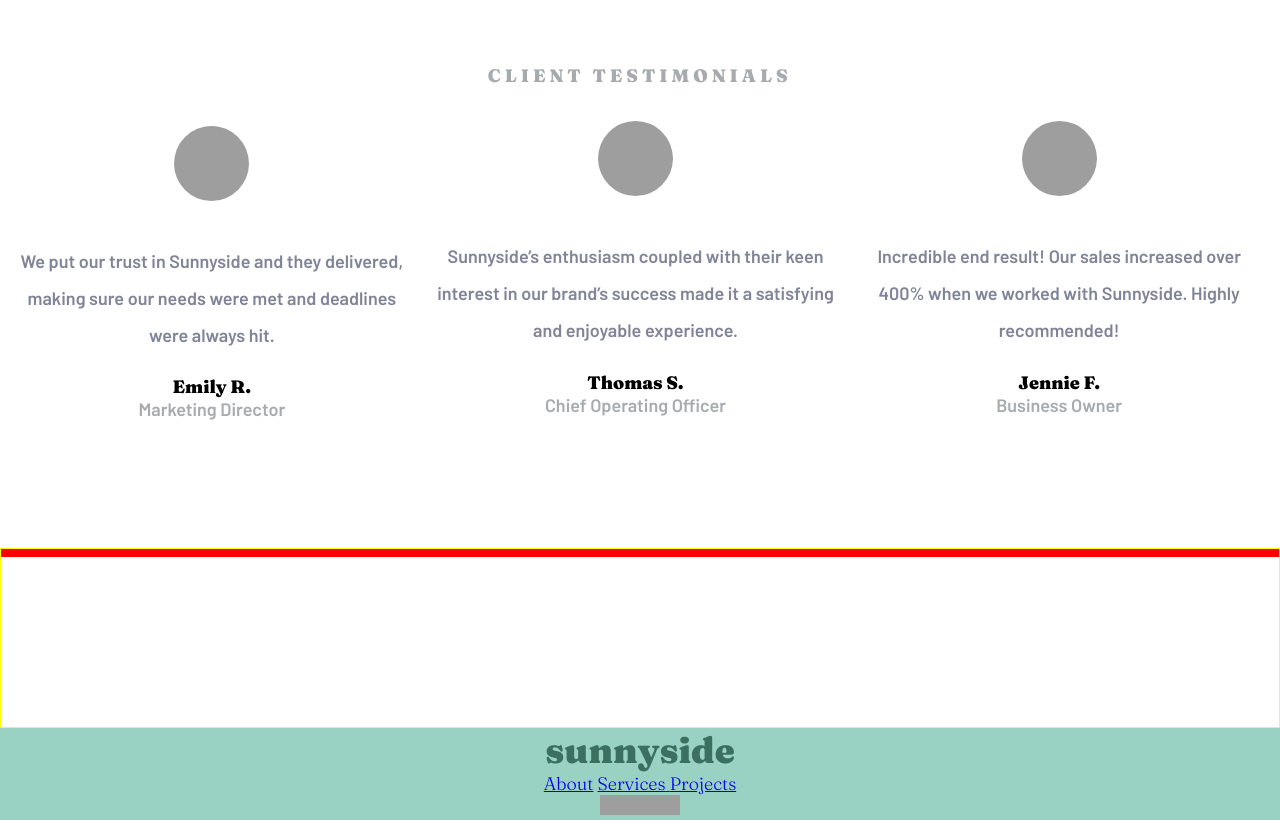
Repository: Roshanell/Sunny-Side-Agency
Page: index.html
These files come from the project's save history. The page is drawn as it stood at one moment and after a run of saves; the edit follows.
The browser window is 1280 px wide. The pictures show the part of the page from y = 2160 to 2980 px (the page is 2980 px tall).
Pictures or frames that could not be fetched are drawn as grey boxes. Some web libraries are served in a nearby version.

Above is the page before, as saved 2022-07-07 17:03:40.

### index.html
<!doctype html>
<html lang="en">

  <head>
    <meta charset="utf-8">
    <meta name="viewport" content="width=device-width, initial-scale=1">
    <title>Sunny Side Agency</title>
    <link href="https://fonts.googleapis.com/icon?family=Material+Icons" rel="stylesheet">
    <link rel="stylesheet" href="css/style.css">
    <link
      href="https://fonts.googleapis.com/css2?family=Barlow:wght@600&family=Fraunces:opsz,wght@9..144,300;9..144,700;9..144,900&display=swap"
      rel="stylesheet">
    <!-- <link rel="stylesheet" href="/css/normalize.css"> -->
    <script src="https://kit.fontawesome.com/48e7997292.js" crossorigin="anonymous"></script>
  </head>

  <body>
    <div class="container">
      <div class="homePage">
        <ul class="menu">
          <li><a class="menuItem" href="#">Home</a></li>
          <li><a class="menuItem" href="#">Profile</a></li>
          <li><a class="menuItem" href="#">About</a></li>
          <li><a class="menuItem" href="#">Contacts</a></li>
        </ul>
        <button class="hamburger">
          <i class="menuIcon material-icons">menu</i>
          <i class="closeIcon material-icons">close</i>
        </button>
        <div class="header">
          <h1>sunnyside</h1>
        </div>
        <div class="homeContent">
          <h2 class="homeSlogan">We are creatives</h2>
          <i class="fa-solid fa-arrow-down-long fa-4x"></i>

        </div>
      </div>

      <div class="eggArea">

      </div>

      <div class="aboutUsInfo" id="aboutUsInfo">
        <div class="infoContainer">
          <h3>
            Transform your brand
          </h3>
          <p>We are a full-service creative agenc grow fast. Engage your clients through
            compelling visuals that do most of the marketing for you. </p>
          <span><a href="#">Learn More</a></span>
        </div>
      </div>

      <div class="cupImage">
      </div>

      <div class="standOutInfo" id="standOutInfo">
        <div class="standOutContainer">
          <h3>Stand out to the right audience</h3>
          <p> Using a collaborative formula of designers, researchers,
            photographers,videographers, and copywriters, we’ll build and extend your brand in digital places. </p>

          <span class="learnMorePink"><a href="#">Learn More</a></span>
        </div>
      </div>
      <div class="graphicDesign">
        <div class="design-photography">
          <h3> Graphic Design</h3>
          <p class="pGraphics" id="pDesign">
            Great design makes you memorable. We deliver artwork that underscores your brand message and captures
            potential clients’ attention. </p>
        </div>
      </div>
      <div class="orangeImage">
        <div class="design-photography">
          <h3>Photography</h3>
          <p class="pGraphics"> Increase your credibility by getting the most stunning, high-quality photos that improve
            your business
            image. </p>
        </div>
      </div>
      <!-- <div id="testimonialGroup"> -->
        <div class="testimonialOne">
          <h4>Client Testimonials</h4>
          <div class="user one"></div>
          <p class="review">We put our trust in Sunnyside and they delivered, making sure our needs were met and
            deadlines
            were always
            hit.</p>
          <span class="name">Emily R.</span>
          <span class="occupation">Marketing Director</span>
        </div>
        <div class="testimonialTwo">
          <div class="user two"></div>
          <p class="review">Sunnyside’s enthusiasm coupled with their keen interest in our brand’s success made it a
            satisfying and
            enjoyable experience.</p>
          <span class="name">Thomas S.</span>
          <span span class="occupation">Chief Operating Officer</span>
        </div>
        <div class="testimonialThree">
          <div class="user three"></div>
          <p class="review">Incredible end result! Our sales increased over 400% when we worked with Sunnyside. Highly
            recommended!</p>
          <span class="name">Jennie F.</span>
          <span span class="occupation">Business Owner</span>
        </div>
      <!-- </div> -->
      <div class="fourImgs" id="fourImgs">
        <div class="imgOne">
        </div>
        <div class="imgTwo">
        </div>
        <div class="imgThree">
        </div>
        <div class="imgFour">
        </div>
      </div>

      <div class="footer">
        <h1>sunnyside</h1>
        <div class="moreInformation">
          <a href="index.html#aboutUsInfo"><span> About</span></a>
          <a href="index.html#standOutInfo"><span>Services</span> </a>
          <a href="index.html#fourImgs"><span>Projects</span></a>
        </div>
        <div class="socialMediaHandles">
          <div>
            <img src="https://i.imgur.com/uHHCF8A.png" alt="Facebook Icon" height="20px" width="20px">
          </div>
          <div>
            <img src="https://i.imgur.com/Fvw0N1c.png" alt="Instagram Icon" height="20px" width="20px">
          </div>
          <div>
            <img src="https://i.imgur.com/k39Bgoc.png" alt="Twitter Icon" height="20px" width="20px">
          </div>
          <div>
            <img src="https://i.imgur.com/JN1Rhal.png" alt="Pinterest Icon" height="20px" width="20px">
          </div>
        </div>
      </div>
    </div>

    <script src="main.js"></script>

  </body>

</html>

### css/style.css
/* Box Model Hack */
* {
  -moz-box-sizing: border-box;
}

/* Clear fix hack */
.clearfix:after {
  content: ".";
  display: block;
  clear: both;
  visibility: hidden;
  line-height: 0;
  height: 0;
}

.clear {
  clear: both;
}

/******************************************
/* BASE STYLES
/*******************************************/

body {
  font-size: 18px;
  font-family: "Barlow", sans-serif;
  text-align: center;
  margin: 0;
}
p {
  color: hsl(232, 10%, 55%);
  display: flex;
  justify-content: center;
  align-items: center;
  margin: 0 2%;
  line-height: 37px;
}

h1,
h2,
h3,
h4,
h5,
h6 {
  font-family: "Fraunces", serif;
  font-weight: 700;
}

h3 {
  margin-top: 10%;
  margin-bottom: 10%;
  font-size: 40px;
}

span a {
  color: black;
  text-decoration: underline yellow;
  text-decoration-thickness: 5px;
}

.learnMorePink a {
  text-decoration: underline hsl(7, 99%, 70%);
  text-decoration-thickness: 5px;
}
.learnMorePink {
  margin-top: 5%;
}
/* hamburger */

* {
  margin: 0;
  padding: 0;
  box-sizing: border-box;
}

.menuItem {
  display: block;
  margin: 2rem 4rem;
  font-size: 1.8rem;
  color: black;
  text-decoration: none;
  font-family: "Barlow", sans-serif;
  animation: fadeInUp 0.5s ease-in-out forwards;
}

.menuItem:hover {
  text-decoration: underline;
}

.hamburger {
  position: fixed;
  z-index: 100;
  top: 1rem;
  right: 1rem;
  padding: 4px;
  border: none;
  background: transparent;
  cursor: pointer;
  color: white;
}

.closeIcon {
  display: none;
}

.menu {
  position: fixed;
  transform: translateY(-100%);
  transition: transform 0.2s;
  top: 0;
  left: 0;
  right: 0;
  bottom: 40%;
  z-index: 99;
  width: 89%;
  margin-left: 5%;
  margin-top: 0%;
  background: white;
  color: black;
  list-style: none;
  padding-top: 4rem;
}

.showMenu {
  transform: translateY(0);
}

/* homepage */

.homePage {
  background-image: url("https://i.imgur.com/5owK20G.jpg");
  background-size: cover;
  height: 100vh;
  background-repeat: no-repeat;
}

.homeSlogan {
  color: white;
  font-size: 40px;
  text-transform: uppercase;
  letter-spacing: 5px;
}

.fa-solid {
  color: white;
}

.fa-arrow-down-long {
  margin-top: 10%;
}
/* About Us */
.aboutUsInfo {
  background-color: white;
}
.aboutUsInfo h3 {
  font-size: 40px;
}
/* testimonials */
/* user profile images */
.user {
  display: inline-block;
  width: 75px;
  height: 75px;
  border-radius: 50%;
  margin: 9%;
  background-repeat: no-repeat;
  background-position: center center;
  background-size: cover;
}

.one {
  background-image: url("https://i.imgur.com/0PxR98W.jpg");
}

.two {
  background-image: url("https://i.imgur.com/01xgLPA.jpg");
}

.three {
  background-image: url("https://i.imgur.com/YJGOYO1.jpg");
}

.testimonialOne h4 {
  text-transform: uppercase;
  color: hsl(210, 4%, 67%);
  letter-spacing: 4px;
  /* font-size: 100%; */
  margin-top: 10%;
  font-weight: 900;
}

.occupation {
  color: hsl(210, 4%, 67%);
  margin-bottom: 5%;
  margin-top: 5%;
}

.name {
  font-family: "Fraunces", serif;
  margin-top: 5%;
  font-weight: 900;
}

/* background Images */
.pGraphics {
  margin-bottom: 20%;
}

/* main information */
.cupImage {
  /* border: solid 1px pink; */
  /* height: 40vh; */
  grid-area: cupImage;
  background-image: url("https://i.imgur.com/TEIjlB8.jpg");
  background-size: cover;
  background-position: center;
}

.eggArea {
  /* border: solid 1px purple; */
  grid-area: eggArea;
  background-image: url("https://i.imgur.com/Ic0Kukn.jpg");
  /* height: 40vh; */
  background-size: cover;
  background-position: center;
}

/******************************************
/* LAYOUT
/*******************************************/

/******************************************
/* ADDITIONAL STYLES
/*******************************************/

@media all and (min-width: 1024px) {
  .homePage,
  .homeContent {
    /* border: 1px solid black; */
  }

  .header h1 {
    color: white;
  }
  h3 {
    margin-bottom: 3%;
    font-size: 40px;
  }

  /* .menuItem{
    display: inline;
  } */
  .eggArea {
    /* border: 1px solid red; */
    background-image: url("https://i.imgur.com/ylwqnFI.jpg");
    height: 60vh;
    width: 50%;
    float: right;
  }
  .aboutUsInfo {
    /* border: 1px solid red; */
    height: 60vh;
    width: 49vw;
    float: left;
  }

  .infoContainer {
    margin: auto;
    width: 60%;

    text-align: justify;
  }

  .infoContainer h3 {
    text-align: left;
    width: 82%;
  }

  .cupImage {
    float: left;
    height: 60vh;
    width: 50%;
    background-image: url("https://i.imgur.com/9A6seJs.jpg");
    /* border: 1px solid red; */
  }
  .standOutInfo {
    float: right;
    height: 60vh;
    width: 47vw;
    /* border: 1px solid red; */
  }

  .standOutContainer {
    width: 70%;
    margin: auto;
    text-align: left;
  }
  .graphicDesign {
    background-image: url("https://i.imgur.com/ypGUgU9.jpg");
    float: left;
    height: 80vh;
    width: 50%;
    /* border: 1px solid green; */
    background-size: cover;
    color: hsl(167, 40%, 24%);
  }

  .orangeImage {
    float: right;
    background-image: url("https://i.imgur.com/RiEjNfa.jpg");
    height: 80vh;
    width: 50%;
    /* border: 1px solid blue; */
    background-size: cover;
  }
  .design-photography {
    margin: 20%;
    margin-top: 45%;
  }
  .reviewGroup {
    display: flex;
  }
  .testimonialOne {
    float: left;
    height: fit-content;
    width: 33.1%;
    margin-top: 10%;
    margin-bottom: 10%;
    /* border: 1px solid pink; */
  }

  .testimonialOne h4 {
    margin-top: -15%;
    margin-left: 101%;
    text-align: center;
    width: 100%;
  }

  .testimonialTwo {
    float: left;
    height: fit-content;
    width: 33.1%;
    /* margin: auto; */
    margin-top: 6.5%;
    /* border: 1px solid pink; */
  }

  .testimonialThree {
    float: left;
    height: fit-content;
    width: 33.1%;
    margin-top: 6.5%;
    /* border: 1px solid pink; */
  }
  .name {
    display: block;
    margin-top: 5%;
  }
  .occupation {
    margin-top: 3%;
  }

  .fourImgs {
    border: yellow solid 1px;
    float: left;
    width: 100%;
    height: 25vh;
  }
  .imgOne {
    border: solid 1px red;

  }

  .imgTwo {
    border: solid 1px red;
  }

  .imgThree {
    border: solid 1px red;
  }

  .imgFour {
    border: solid 1px red;
  }
  .footer {
    float: left;
    width: 100%;
    font-family: "Fraunces", serif;
    background: #99d2c2;
    color: hsl(168, 34%, 41%);
    /* border: 1px solid pink; */
  }
  .footer h1 {
    color: #3b6f5f;
    font-weight: 900;
    font-family: "Fraunces", serif;
  }
  .moreInformation span a {
    display: flex;
    text-decoration: none;
  }

  .socialMediaHandles {
    display: flex;
    justify-content: center;
  }
  .pGraphics {
    color: hsl(167, 40%, 24%);
    font-weight: 700;
    font-size: 18px;
  }
  .orangeImage p,
  .orangeImage h3 {
    color: hsl(198, 62%, 26%);
  }
}

/* mobile view */

@media all and (min-width: 375px) and (max-width: 1023px) {
  .container {
    /* border: solid 1px blue; */
    display: grid;
    grid-template-columns: 1fr;
    grid-template-rows: 1.5fr 1fr 1fr 1fr 1fr 1.5fr 1.4fr 1fr 1fr 1fr 1fr;
    gap: 0px 0px;
    grid-auto-flow: column dense;
    grid-template-areas:
      "homePage"
      "eggArea"
      "aboutUsInfo"
      "cupImage"
      "standOutInfo"
      "graphicDesign"
      "orangeImage"
      "testimonialOne"
      "testimonialTwo"
      "testimonialThree"
      "fourImgs"
      "footer";
  }

  .homePage {
    background-image: url("https://i.imgur.com/HUEIjty.jpg");
    background-size: cover;
    /* height: 100vh; */
    background-repeat: no-repeat;
  }

  .homeSlogan {
    color: white;
    font-size: 40px;
    text-transform: uppercase;
    letter-spacing: 5px;
  }

  .fa-solid {
    color: white;
  }

  .fa-arrow-down-long {
    margin-top: 10%;
  }
  /* About Us */
  .aboutUsInfo {
    background-color: white;
  }
  .aboutUsInfo h3 {
    font-size: 40px;
  }
  /* testimonials */
  /* user profile images */
  .user {
    display: inline-block;
    width: 75px;
    height: 75px;
    border-radius: 50%;
    margin: 9%;
    background-repeat: no-repeat;
    background-position: center center;
    background-size: cover;
  }

  .one {
    background-image: url("https://i.imgur.com/0PxR98W.jpg");
  }

  .two {
    background-image: url("https://i.imgur.com/01xgLPA.jpg");
  }

  .three {
    background-image: url("https://i.imgur.com/YJGOYO1.jpg");
  }

  .testimonialOne h4 {
    text-transform: uppercase;
    color: hsl(210, 4%, 67%);
    letter-spacing: 4px;
    /* font-size: 100%; */
    margin-top: 10%;
    font-weight: 900;
  }

  .occupation {
    color: hsl(210, 4%, 67%);
    margin-bottom: 5%;
    margin-top: 5%;
  }

  .name {
    font-family: "Fraunces", serif;
    margin-top: 5%;
    font-weight: 900;
  }

  /* background Images */
  .pGraphics {
    margin-bottom: 20%;
  }

  /******************************************
  /* LAYOUT
  /*******************************************/
  .container {
    /* border: solid 1px blue; */
    display: grid;
    grid-template-columns: 1fr;
    grid-template-rows: 1.5fr 1fr 1fr 1fr 1fr 1.5fr 1.4fr 1fr 1fr 1fr 1fr;
    gap: 0px 0px;
    grid-auto-flow: column dense;
    grid-template-areas:
      "homePage"
      "eggArea"
      "aboutUsInfo"
      "cupImage"
      "standOutInfo"
      "graphicDesign"
      "orangeImage"
      "testimonialOne"
      "testimonialTwo"
      "testimonialThree"
      "fourImgs"
      "footer";
  }

  .homePage {
    /* border: solid 1px red; */
  }

  .header {
    display: flex;
    /* border: solid 1px orange; */
    grid-area: header;
    color: white;
    margin-left: 5%;
    margin-top: 2%;
  }

  .homeContent {
    /* border: solid 1px yellow; */
    grid-area: homeContent;
    margin-top: 15%;
  }

  .eggArea {
    /* border: solid 1px purple; */
    grid-area: eggArea;
    background-image: url("https://i.imgur.com/Ic0Kukn.jpg");
    /* height: 40vh; */
    background-size: cover;
    background-position: center;
  }

  .aboutUsInfo {
    /* border: solid 1px green; */
    /* height: 40vh; */
    grid-area: aboutUsInfo;
  }

  .cupImage {
    /* border: solid 1px pink; */
    /* height: 40vh; */
    grid-area: cupImage;
    background-image: url("https://i.imgur.com/TEIjlB8.jpg");
    background-size: cover;
    background-position: center;
  }

  .standOutInfo {
    /* border: solid 1px black; */
    grid-area: standOutInfo;
    display: flex;
    flex-direction: column;
    font-weight: 900;
    /* height: 40vh; */
  }

  .graphicDesign {
    /* border: solid 1px brown; */
    grid-area: graphicDesign;
    background-image: url("https://i.imgur.com/ceaL6cl.jpg");
    background-size: cover;
    display: flex;
    flex-direction: column;
    flex-wrap: nowrap;
    align-content: center;
    justify-content: flex-end;
    align-items: center;
    /* height: 40vh; */
  }

  .graphicDesign h3 {
    color: hsl(167, 40%, 24%);
    font-weight: 900;
  }
  #pDesign {
    color: hsl(167, 40%, 24%);
    font-weight: 700;
    font-size: 18px;
  }
  .orangeImage {
    /* border: solid 1px gray; */
    grid-area: orangeImage;
    background-image: url("https://i.imgur.com/5lTcoMD.jpg");
    background-size: cover;
    display: flex;
    flex-direction: column;
    flex-wrap: nowrap;
    align-content: center;
    justify-content: flex-end;
    align-items: center;
  }
  /* height: 40vh; */

  .orangeImage h3 {
    color: hsl(198, 62%, 26%);
  }
  .orangeImage p {
    color: hsl(198, 62%, 26%);
  }

  /* testimonials */

  .testimonialOne {
    /* border: solid 1px fuchsia; */
    grid-area: testimonialOne;
    /* height: 33vh; */
    display: flex;
    flex-direction: column;
    justify-content: center;
    align-items: center;
  }

  .testimonialThree {
    /* border: solid 1px lightblue; */
    grid-area: testimonialThree;
    display: flex;
    flex-direction: column;
    justify-content: center;
    align-items: center;
    /* height: 33vh; */
  }

  .testimonialTwo {
    /* border: solid 1px silver; */
    display: flex;
    flex-direction: column;
    justify-content: center;
    align-items: center;
    grid-area: testimonialTwo;

    /* height: 33vh; */
  }

  .fourImgs {
    /* border: solid 1px maroon; */
    display: grid;
    grid-template-columns: 1fr 1fr;
    grid-template-rows: 1fr 1fr;
    gap: 0px 0px;
    grid-template-areas:
      "imgOne imgThree"
      "imgTwo imgFour";
    grid-area: fourImgs;
    /* height: 40vh; */
  }

  .imgOne {
    /* border: solid 1px yellowgreen; */
    background-image: url("https://i.imgur.com/g7g3pHI.jpg");
    background-size: cover;
  }
  .imgTwo {
    /* border: solid 1px rgb(228, 122, 199); */
    background-image: url("https://i.imgur.com/xXvVali.jpg");
    background-size: cover;
  }
  .imgThree {
    /* border: solid 1px rgb(158, 207, 232); */
    background-image: url("https://i.imgur.com/w22eeJU.jpg");
    background-size: cover;
  }
  .imgFour {
    /* border: solid 1px rgb(205, 122, 50); */
    background-image: url("https://i.imgur.com/hMYShPr.jpg");
    background-size: cover;
  }

  .review {
    font-size: 20px;
  }
  /* Fix the footer */
  .footer {
    background: #99d2c2;
    color: hsl(168, 34%, 41%);
  }
  .footer h1 {
    color: #3b6f5f;
    font-weight: 900;
    font-family: "Fraunces", serif;
  }

  .moreInformation {
    display: flex;
    flex-direction: row;
    justify-content: space-evenly;
    margin: 10%;
  }

  .socialMediaHandles {
    width: 65%;
    display: flex;
    justify-content: space-around;
    margin: 20%;
  }

  .footer h1 {
    margin-top: 10%;
  }

  .moreInformation a {
    color: #3b6f5f;
    text-decoration: none;
  }
}

### main.js
const menu = document.querySelector(".menu");
const menuItems = document.querySelectorAll(".menuItem");
const hamburger = document.querySelector(".hamburger");
const closeIcon = document.querySelector(".closeIcon");
const menuIcon = document.querySelector(".menuIcon");

function toggleMenu() {
  if (menu.classList.contains("showMenu")) {
    menu.classList.remove("showMenu");
    closeIcon.style.display = "none";
    menuIcon.style.display = "block";
  } else {
    menu.classList.add("showMenu");
    closeIcon.style.display = "block";
    menuIcon.style.display = "none";
  }
}

hamburger.addEventListener("click", toggleMenu);

menuItems.forEach(function (menuItem) {
  menuItem.addEventListener("click", toggleMenu);
});

After the next 8 saves:
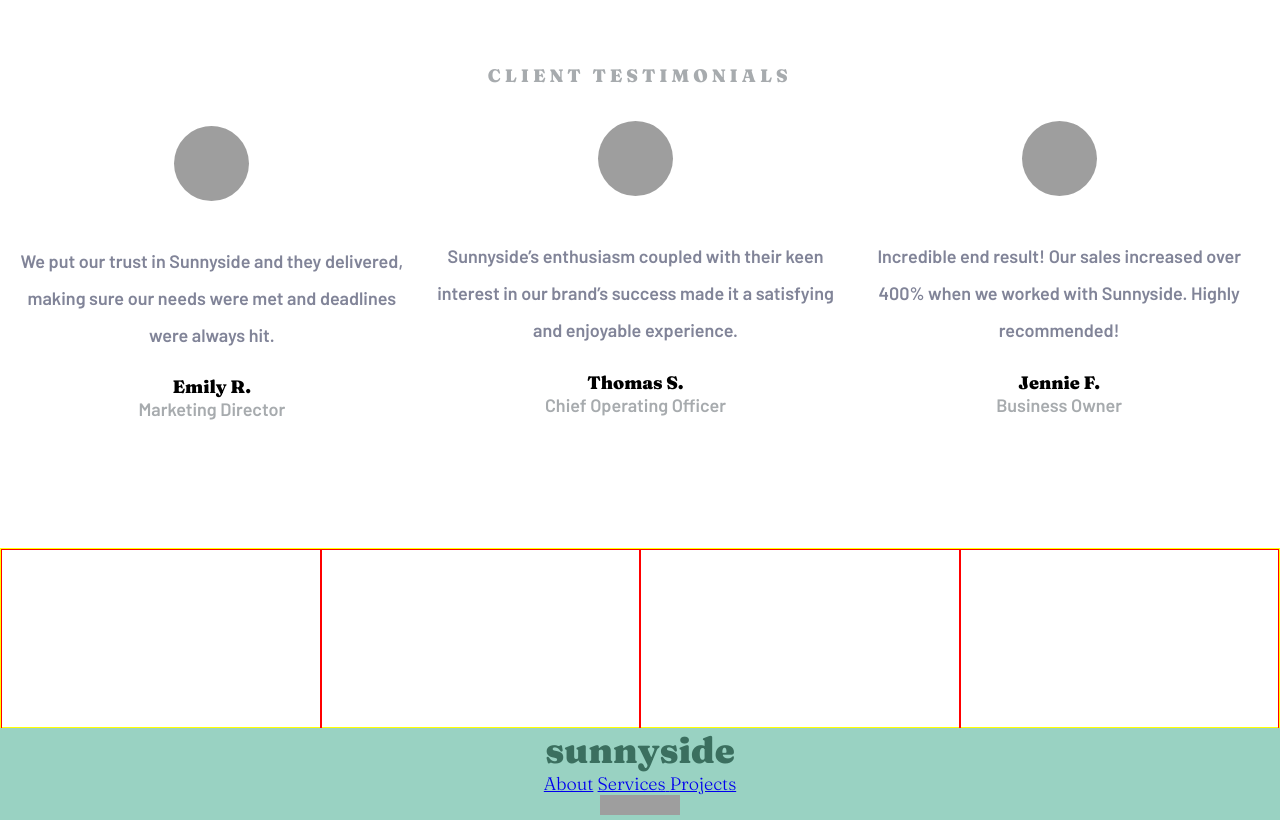
The 8 saves are shown as one change because they came seconds apart.
The last was saved 24 s later.
--- a/css/style.css
+++ b/css/style.css
@@ -368,19 +368,30 @@ span a {
   }
   .imgOne {
     border: solid 1px red;
-
+    float: left;
+    width: 25%;
+    height: 25vh;
   }
 
   .imgTwo {
     border: solid 1px red;
+    float: left;
+    width: 25%;
+    height: 25vh;
   }
 
   .imgThree {
     border: solid 1px red;
+    float: left;
+    width: 25%;
+    height: 25vh;
   }
 
   .imgFour {
     border: solid 1px red;
+    float: left;
+    width: 25%;
+    height: 25vh;
   }
   .footer {
     float: left;
